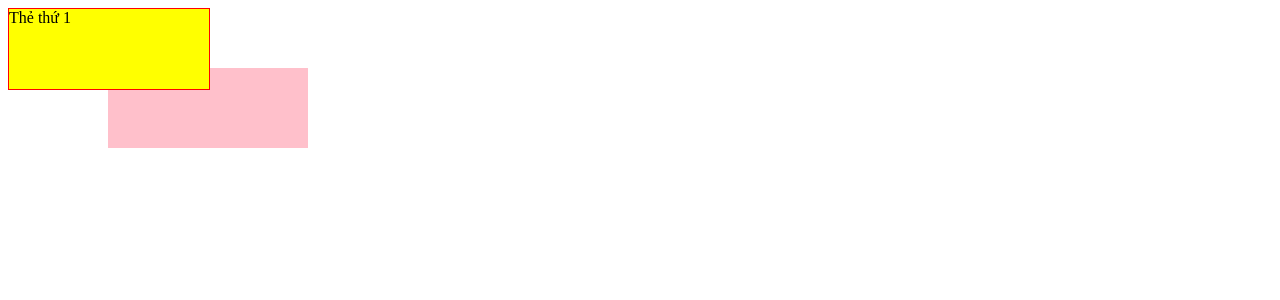
Repository: Pr-DuyTam/HTML-CSS-JS-PHP
Page: CSS/Các thuộc tính định dạng hiển thị, trình bày/Position/Z-index (52).html
An editor plug-in stored every save of this project. The page is shown before and after the next save, followed by the edit.
The browser window is 1280 px wide. The pictures show the whole page.

Above is the page before, as saved 2023-08-03 08:19:52.

After the next save:
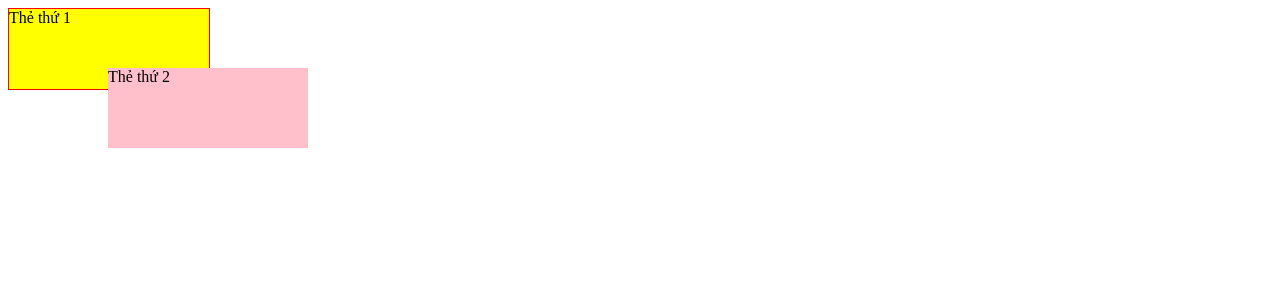
Saved 8 s later.
--- a/CSS/Các thuộc tính định dạng hiển thị, trình bày/Position/Z-index (52).html
+++ b/CSS/Các thuộc tính định dạng hiển thị, trình bày/Position/Z-index (52).html
@@ -12,7 +12,7 @@
             height: 80px;
             border: 1px solid red;
             position: absolute;
-            z-index: 10; /**/
+             /**/
         }
 
         #b{

After the 2 saves that followed:
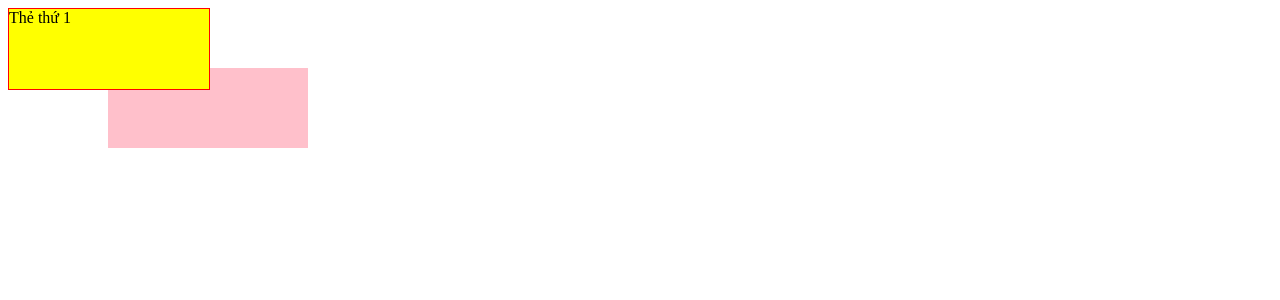
The 2 saves are shown as one change because they came seconds apart.
The last was saved 28 s later.
--- a/CSS/Các thuộc tính định dạng hiển thị, trình bày/Position/Z-index (52).html
+++ b/CSS/Các thuộc tính định dạng hiển thị, trình bày/Position/Z-index (52).html
@@ -12,7 +12,7 @@
             height: 80px;
             border: 1px solid red;
             position: absolute;
-             /**/
+            z-index: 10; /**/
         }
 
         #b{
